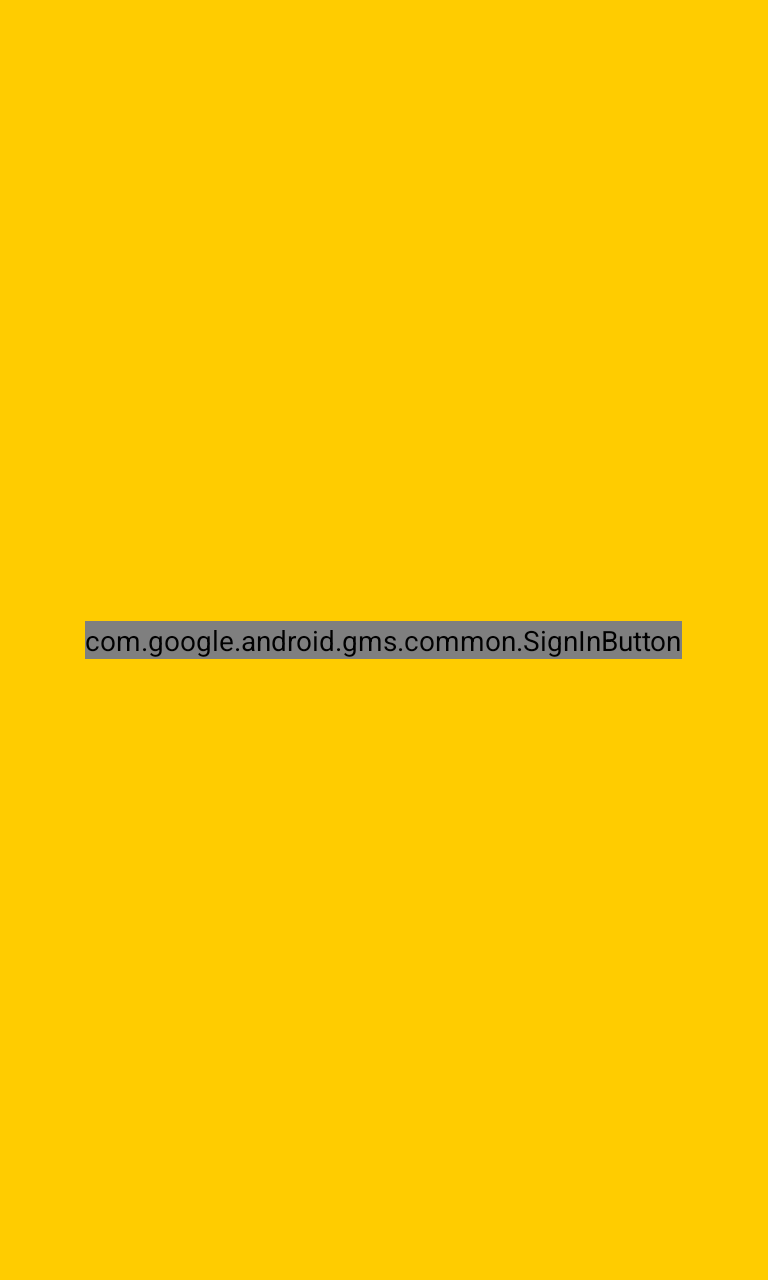
Repository: rodi055/jobli
Layout: Jobli/res/layout/login_dialog.xml
These files come from the project's save history. The layout is drawn as it stood at one moment and after the next save; the edit follows.
Pictures or frames that could not be fetched are drawn as grey boxes. It is drawn on a 768 x 1280 px phone screen (xhdpi) without system bars, with theme AppTheme; the app's code is not run.

Above is the layout before, as saved 2015-01-04 12:14:29.

### Jobli/res/layout/login_dialog.xml
<RelativeLayout xmlns:android="http://schemas.android.com/apk/res/android"
    xmlns:tools="http://schemas.android.com/tools"
    android:layout_width="match_parent"
    android:layout_height="match_parent"
     android:background="#FFCC00"
    android:paddingBottom="@dimen/activity_vertical_margin"
    android:paddingLeft="@dimen/activity_horizontal_margin"
    android:paddingRight="@dimen/activity_horizontal_margin"
    android:paddingTop="@dimen/activity_vertical_margin"
    tools:context="com.R.L.A.jobli.LoginDialog" >

<com.google.android.gms.common.SignInButton
        android:id="@+id/signInBtn"
        android:layout_height="wrap_content"
        android:layout_width="wrap_content"
        android:layout_centerInParent="true"	/>

</RelativeLayout>

Loaded but not shown: Jobli/res/values/styles.xml (common file); Jobli/res/values-v11/styles.xml (common file); Jobli/res/values-v14/styles.xml (common file); Jobli/res/values/dimens.xml (common file); Jobli/res/values-w820dp/dimens.xml (common file)

After the next save:
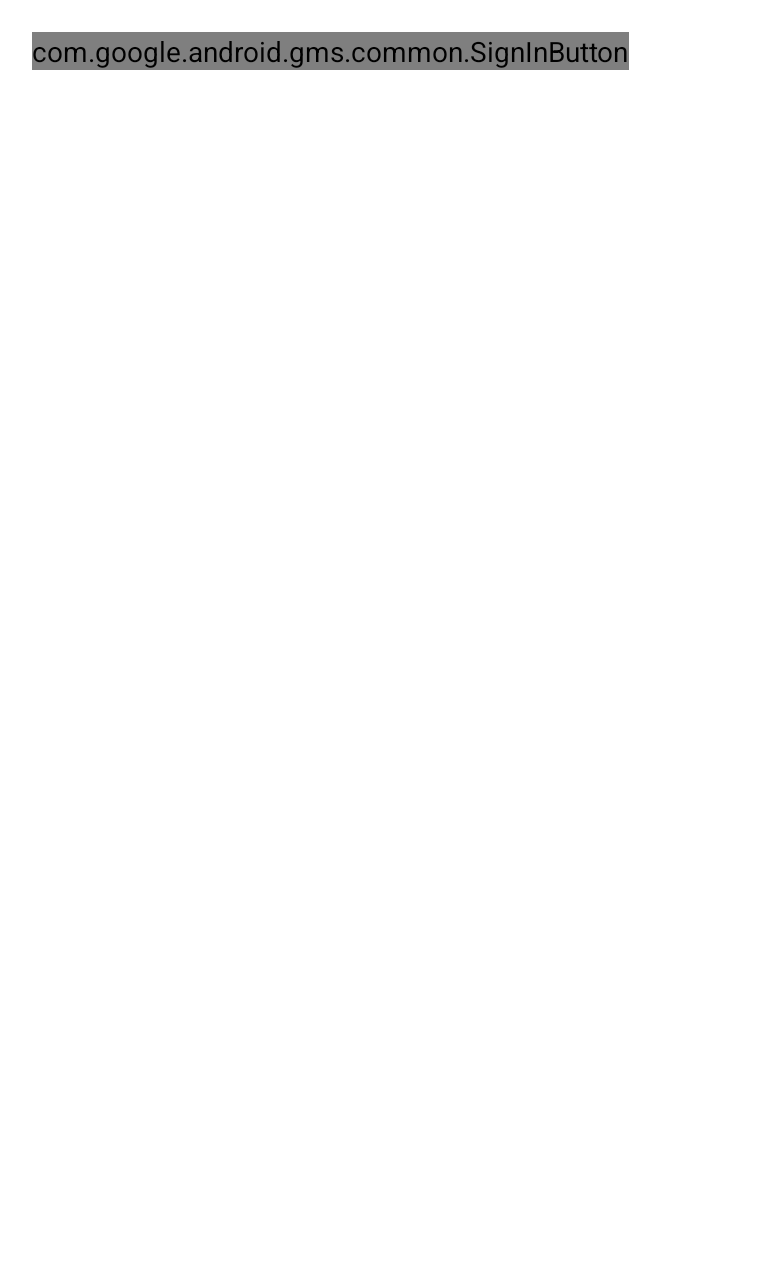
Saved 59 s later.
--- a/Jobli/res/layout/login_dialog.xml
+++ b/Jobli/res/layout/login_dialog.xml
@@ -2,7 +2,6 @@
     xmlns:tools="http://schemas.android.com/tools"
     android:layout_width="match_parent"
     android:layout_height="match_parent"
-     android:background="#FFCC00"
     android:paddingBottom="@dimen/activity_vertical_margin"
     android:paddingLeft="@dimen/activity_horizontal_margin"
     android:paddingRight="@dimen/activity_horizontal_margin"
@@ -12,7 +11,6 @@
 <com.google.android.gms.common.SignInButton
         android:id="@+id/signInBtn"
         android:layout_height="wrap_content"
-        android:layout_width="wrap_content"
-        android:layout_centerInParent="true"	/>
+        android:layout_width="wrap_content"	/>
 
 </RelativeLayout>

After the save that followed:
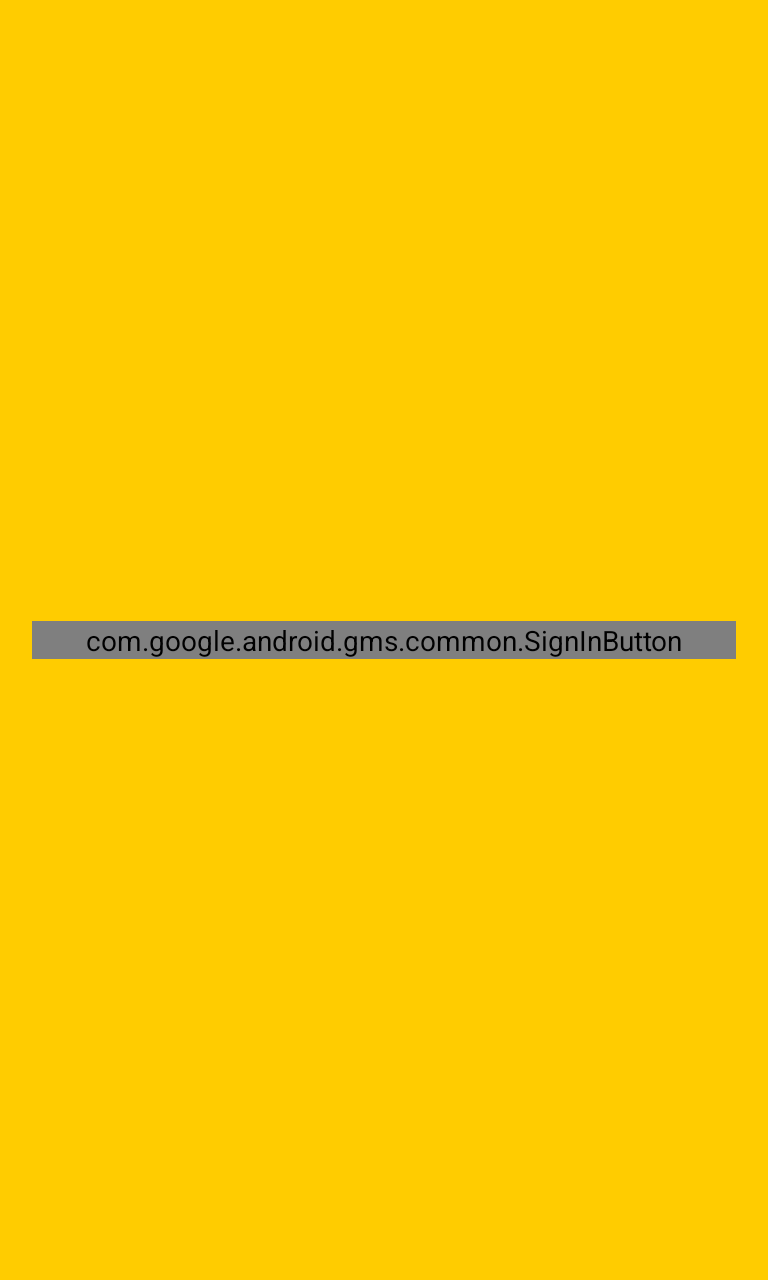
Saved 109 s later.
--- a/Jobli/res/layout/login_dialog.xml
+++ b/Jobli/res/layout/login_dialog.xml
@@ -2,6 +2,7 @@
     xmlns:tools="http://schemas.android.com/tools"
     android:layout_width="match_parent"
     android:layout_height="match_parent"
+     android:background="#FFCC00"
     android:paddingBottom="@dimen/activity_vertical_margin"
     android:paddingLeft="@dimen/activity_horizontal_margin"
     android:paddingRight="@dimen/activity_horizontal_margin"
@@ -11,6 +12,7 @@
 <com.google.android.gms.common.SignInButton
         android:id="@+id/signInBtn"
         android:layout_height="wrap_content"
-        android:layout_width="wrap_content"	/>
+        android:layout_width="match_parent"
+        android:layout_centerInParent="true"	/>
 
 </RelativeLayout>
